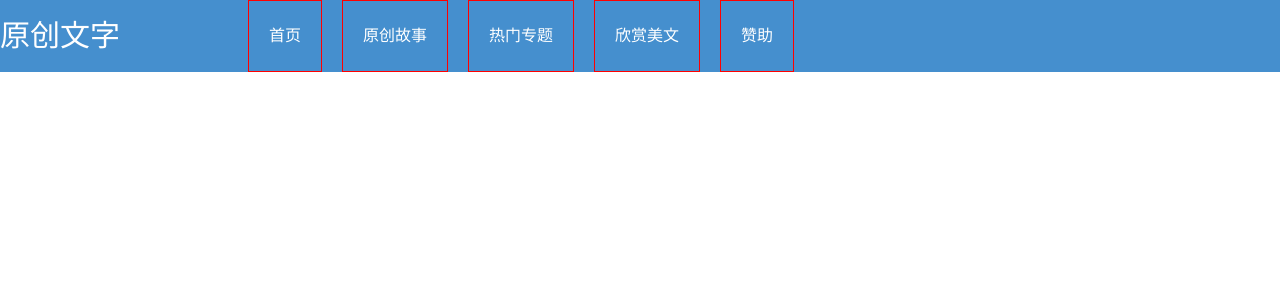
Repository: equation-zheng/Article
Page: http://localhost/Idles/
The author's editor kept a copy of each file at every save. The page is drawn from the files as they stood at one save, then again after the next save.
The browser window is 1280 px wide. The pictures show the whole page.
The page is served by Tomcat 9. Other server files are loaded and not shown.

Above is the page before, as saved 2017-12-05 10:15:33.

### Service/apache-tomcat-7.0.82/Idles/WebContent/index.jsp
<?xml version="1.0" encoding="UTF-8" ?>
<%@ page language="java" contentType="text/html; charset=UTF-8"
    pageEncoding="UTF-8"%>
<!DOCTYPE html PUBLIC "-//W3C//DTD XHTML 1.0 Transitional//EN" "http://www.w3.org/TR/xhtml1/DTD/xhtml1-transitional.dtd">
<html xmlns="http://www.w3.org/1999/xhtml">
<head>
<meta http-equiv="Content-Type" content="text/html; charset=UTF-8" />
<title>首页</title>
</head>
<style>
	* {
		margin: 0;
		padding: 0;
		font-family: "微软雅黑";
	}
	ul li {
		list-style: none;
	}
	.header {
		height: 72px;
		background: #458fce;
	}
	.header .logo {
		color: #fff;
		line-height: 72px;
		font-size: 30px;
		marin-left: 30px;
		display: inline-block;
		font-weight: 500;
		float: left;
	}
	.header ul .first {
		margin-left: 10%;
	}
	.header ul li {
		border: solid 1px red;
		float: left;
		line-height: 70px;
		margin-left: 20px;
		padding: 0 20px 0 20px;
		color: #fff;
	}

</style>
<body>
	<div class="header">
	<div class='logo'>原创文字</div>
		<ul>
			<li class='first'>首页</li>
			<li>原创故事</li>
			<li>热门专题</li>
			<li>欣赏美文</li>
			<li>赞助</li>
		</ul>
	</div>
</body>
</html>

After the next save:
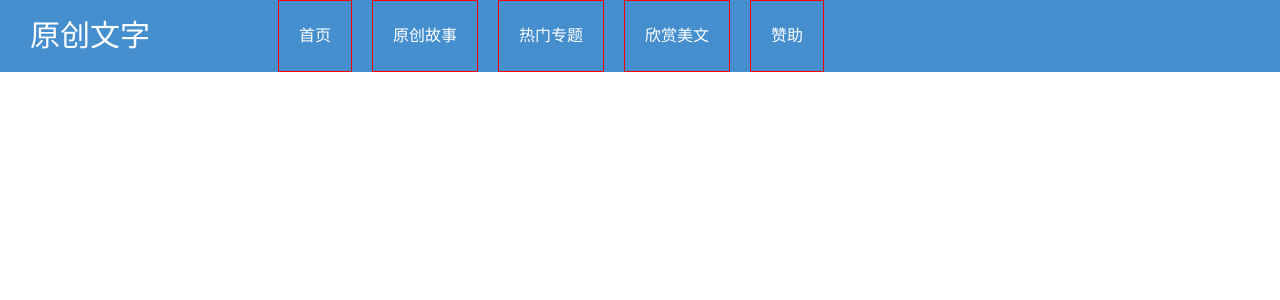
Saved 14 s later.
--- a/Service/apache-tomcat-7.0.82/Idles/WebContent/index.jsp
+++ b/Service/apache-tomcat-7.0.82/Idles/WebContent/index.jsp
@@ -24,7 +24,7 @@
 		color: #fff;
 		line-height: 72px;
 		font-size: 30px;
-		marin-left: 30px;
+		margin-left: 30px;
 		display: inline-block;
 		font-weight: 500;
 		float: left;
